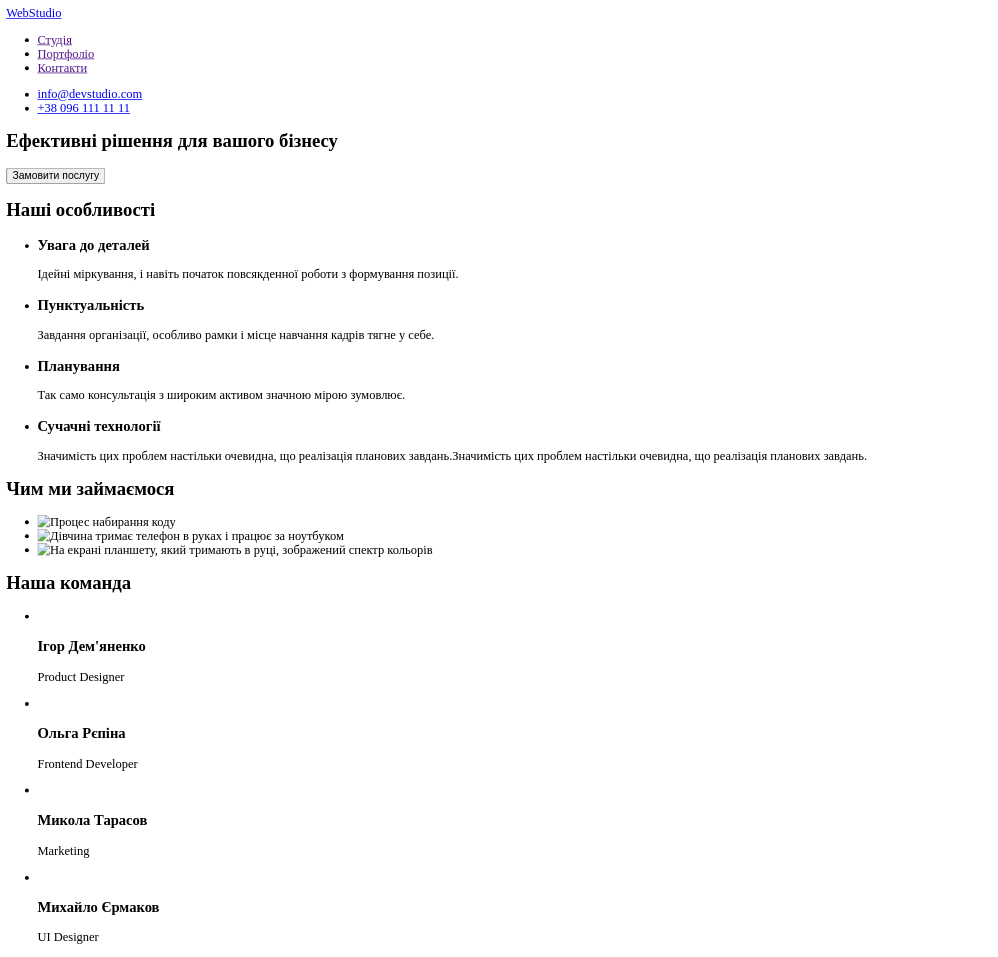
Repository: Mariia2811/goit-markup-hw-03
Page: index.html
The author's editor kept a copy of each file at every save. The page is drawn from the files as they stood at one save, then again after a run of saves.
The browser window is 1280 px wide. The pictures show the whole page, at 78% of full size.

Above is the page before, as saved 2022-11-16 17:21:50.

### index.html
<!DOCTYPE html>
<html lang="uk">
  <head>
    <meta charset="UTF-8" />
    <meta http-equiv="X-UA-Compatible" content="IE=edge" />
    <meta name="viewport" content="width=device-width, initial-scale=1.0" />
    <title>Document</title>
  </head>
  <body>
    <header>
        <nav>
            <a href="./index.html">WebStudio</a>
            <ul>
                <li><a href="">Студія</a></li>
                <li><a href="">Портфоліо</a></li>
                <li><a href="">Контакти</a></li>
            </ul>
            <ul>
                <li><a href="mailto:info@devstudio.com">info@devstudio.com</a></li>
                <li><a href="tel:+380961111111">+38 096 111 11 11</a></li>
            </ul>
        </nav>
    </header>
    <main>
        <section>
            <h1>Ефективні рішення для вашого бізнесу</h1>
            <button type="button">Замовити послугу</button>
        </section>
        <section>
            <h2>Наші особливості</h2>
            <ul>
                <li>
                    <h3>Увага до деталей</h3>
                    <p>Ідейні міркування, і навіть початок повсякденної роботи з формування позиції.</p>
                </li>
                <li>
                    <h3>Пунктуальність</h3>
                    <p>Завдання організації, особливо рамки і місце навчання кадрів тягне у себе.</p>
                </li>
                <li>
                    <h3>Планування</h3>
                    <p>Так само консультація з широким активом значною мірою зумовлює.</p>
                </li>
                <li>
                    <h3>Сучачні технології</h3>
                    <p>Значимість цих проблем настільки очевидна, що реалізація планових завдань.Значимість цих проблем настільки очевидна, що реалізація планових завдань.</p>
                </li>
            </ul>
        </section>
        <section>
            <h2>Чим ми займаємося</h2>
            <ul>
                <li><img src="" alt="Процес набирання коду" width="370"></li>
                <li><img src="" alt="Дівчина тримає телефон в руках і працює за ноутбуком" width="370"></li>
                <li><img src="" alt="На екрані планшету, який тримають в руці, зображений спектр кольорів" width="370"></li>
            </ul>
        </section>
        <section>
            <h2>Наша команда</h2>
            <ul>
                <li>
                    <img src="" alt="">
                    <h3>Ігор Дем'яненко</h3>
                    <p>Product Designer</p>
                </li>
                <li>
                    <img src="" alt="">
                    <h3>Ольга Рєпіна</h3>
                    <p>Frontend Developer</p>
                </li>
                <li>
                    <img src="" alt="">
                    <h3>Микола Тарасов</h3>
                    <p>Marketing</p>
                </li>
                <li>
                    <img src="" alt="">
                    <h3>Михайло Єрмаков</h3>
                    <p>UI Designer</p>
                </li>
            </ul>
        </section>
    </main>
    <footer></footer>
  </body>
</html>

After the next 3 saves:
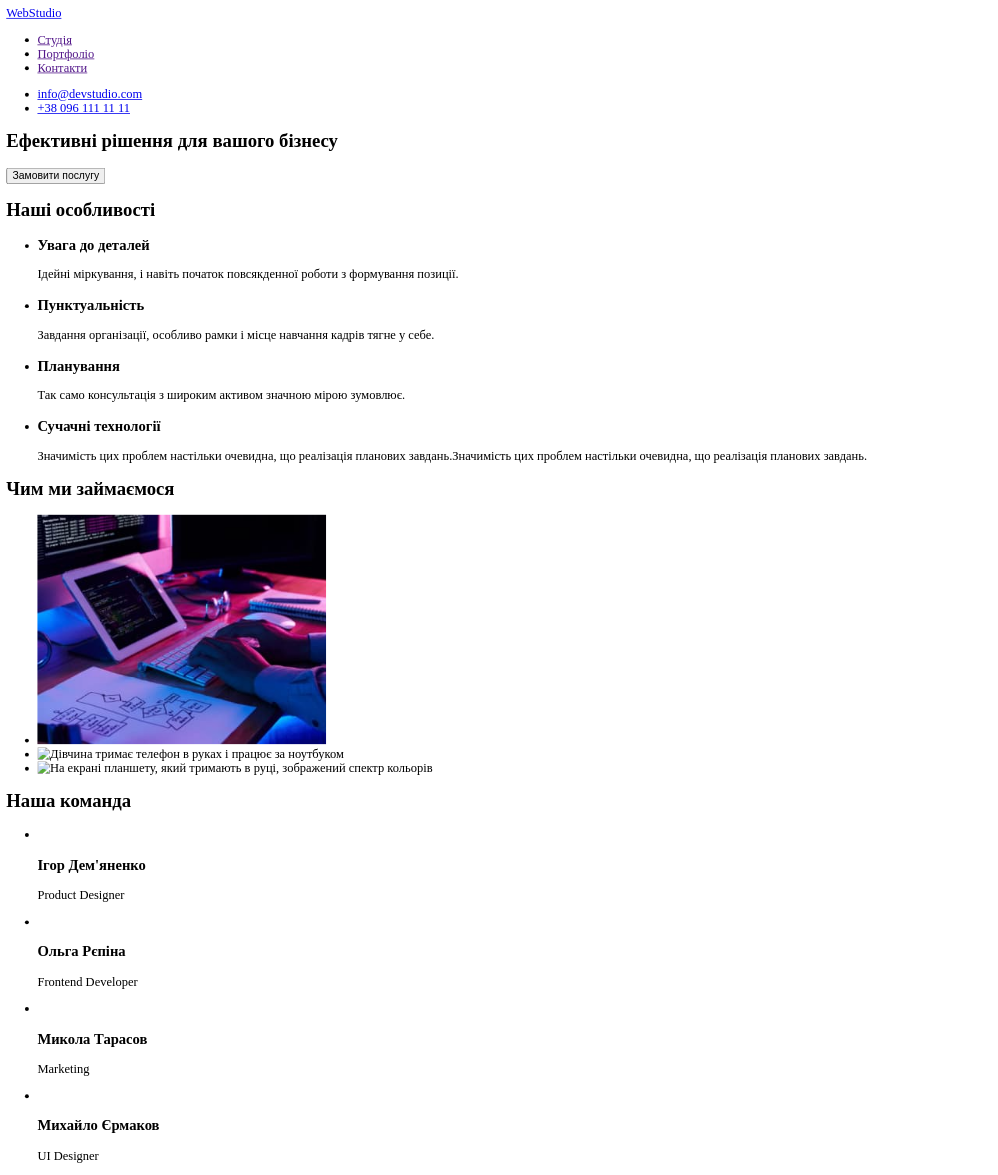
The 3 saves are shown as one change because they came seconds apart.
The last was saved 12 min 7 s later.
--- a/index.html
+++ b/index.html
@@ -50,7 +50,7 @@
         <section>
             <h2>Чим ми займаємося</h2>
             <ul>
-                <li><img src="" alt="Процес набирання коду" width="370"></li>
+                <li><img src="./images/coding.jpg" alt="Процес набирання коду" width="370"></li>
                 <li><img src="" alt="Дівчина тримає телефон в руках і працює за ноутбуком" width="370"></li>
                 <li><img src="" alt="На екрані планшету, який тримають в руці, зображений спектр кольорів" width="370"></li>
             </ul>
